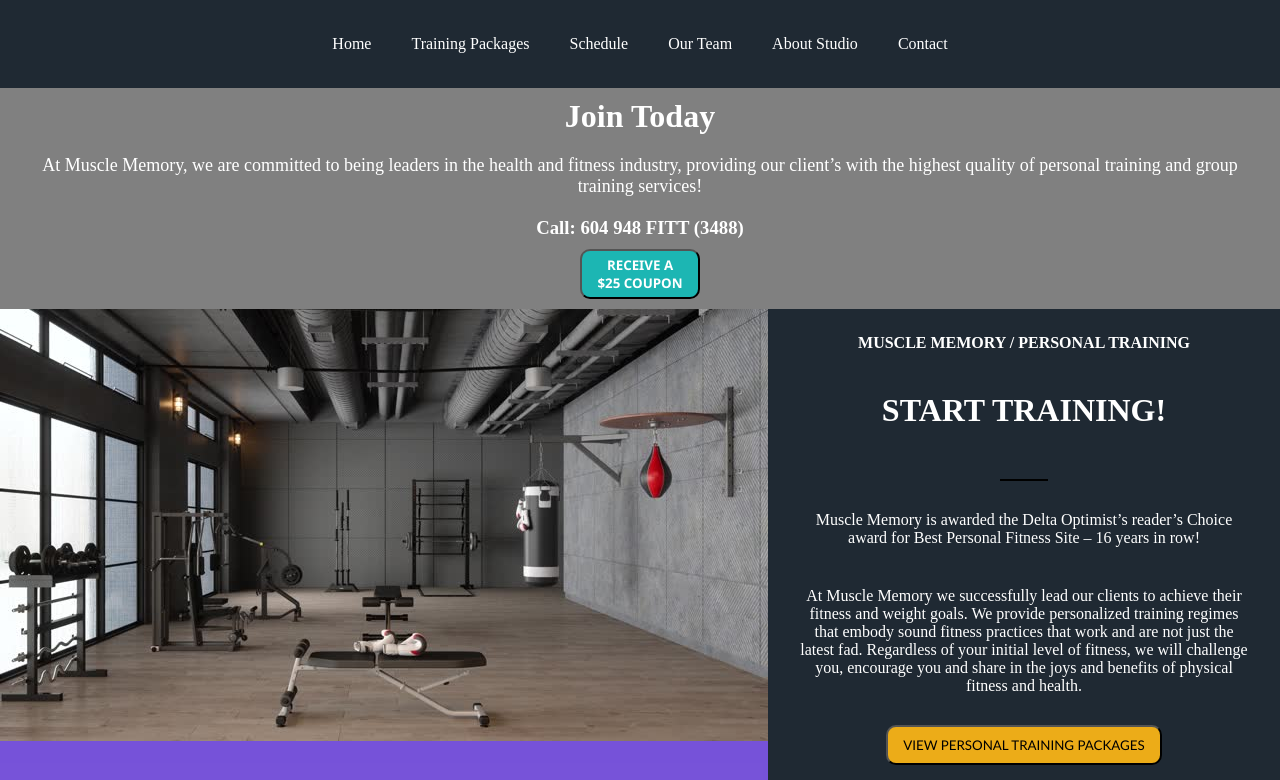
Repository: MujtabaHabib/muscle-memory-website
Page: index.html
The author's editor kept a copy of each file at every save. The page is drawn from the files as they stood at one save, then again after a run of saves.
The browser window is 1280 px wide. The pictures show the whole page.

Above is the page before, as saved 2026-01-27 05:11:26.

### index.html
<!DOCTYPE html>
<html lang="en">

<head>
    <meta charset="UTF-8">
    <meta name="viewport" content="width=device-width, initial-scale=1.0">
    <title>Muscle Memory</title>
    <link rel="stylesheet" href="style.css">
</head>

<body>
    <div class="container">
        <nav>
            <ul class="list">
                <li><a href="#">Home</a></li>
                <li><a href="#">Training Packages</a></li>
                <li><a href="#">Schedule</a></li>
                <li><a href="#">Our Team</a></li>
                <li><a href="#">About Studio</a></li>
                <li><a href="#">Contact</a></li>
            </ul>
        </nav>
        <div class="details">
            <h1>Join Today</h1>
            <p>At Muscle Memory, we are committed to being leaders in the health and fitness industry,
                providing our client’s with the highest quality of personal training and group training
                services!</p>

            <h3>Call: 604 948 FITT (3488)</h3>
            <button>RECEIVE A $25 COUPON</button>
        </div>
        <div class="box">
            <div class="gym">
                <img src="gym.jpg" alt="gym">
            </div>
            <div class="message">
                <h4>MUSCLE MEMORY / PERSONAL TRAINING</h4>
                <h1 >START TRAINING!</h1>
                <hr>
                <p>Muscle Memory is awarded the Delta Optimist’s
                    reader’s Choice award for Best Personal
                    Fitness Site – 16 years in row!</p>
                <p>At Muscle Memory we successfully lead our clients to achieve their fitness and weight goals. We
                    provide personalized training regimes that embody sound fitness practices that work and are not just
                    the latest fad. Regardless of your initial level of fitness, we will challenge you, encourage you
                    and share in the joys and benefits of physical fitness and health.</p>
                <button>VIEW PERSONAL TRAINING PACKAGES</button>
            </div>
        </div>
    </div>

</body>

</html>

### style.css
* {
    margin: 0;
    padding: 0;
}

.list {
    display: flex;
    padding: 15px;
    justify-content: center;
    align-items: center;
    background-color: #1f2933;
}

.list a {
    text-decoration: none;
    color: white;
}

.list li {
    padding: 20px;
    list-style-type: none;
}

.details {
    text-align: center;
    background-color: gray;
    color: white;
}

.details button {
    height: 50px;
    width: 120px;
}

.details h1,
.details h3,
.details p,
.details button {
    padding: 10px 15px 10px;

}

.details p {
    font-size: 18px;
    justify-content: center;
}
.details button{
    padding-top: 5px;
    font-family: 'Segoe UI', Tahoma, Geneva, Verdana, sans-serif;
    margin-bottom: 10px;
    background-color:rgb(28, 182, 179);
    border-radius: 10px;
    color:white;
    font-weight:bold ;
    border-color: black;
}
hr {
    border: none;
    border-top: 2px solid #000000;
    width: 10%;
    margin: 20px auto;
    align-items: flex-start;
}

.box {
    display: flex;
    align-items: space-between;
    color: white;
    background-color: #6b44d6eb;
}

.message {

    padding: 15px;
    justify-content: center;
    text-align: center;
    background-color: #1f2933;

}

.message h1,
.message h4,
.message p {

    padding: 10px 15px 30px;
}

.message button{
    padding: 10px 15px 10px;
    background-color: rgb(236, 172, 24);
    font-family:'Gill Sans', 'Gill Sans MT', Calibri, 'Trebuchet MS', sans-serif;
    border-radius: 10px;
}

After the next 4 saves:
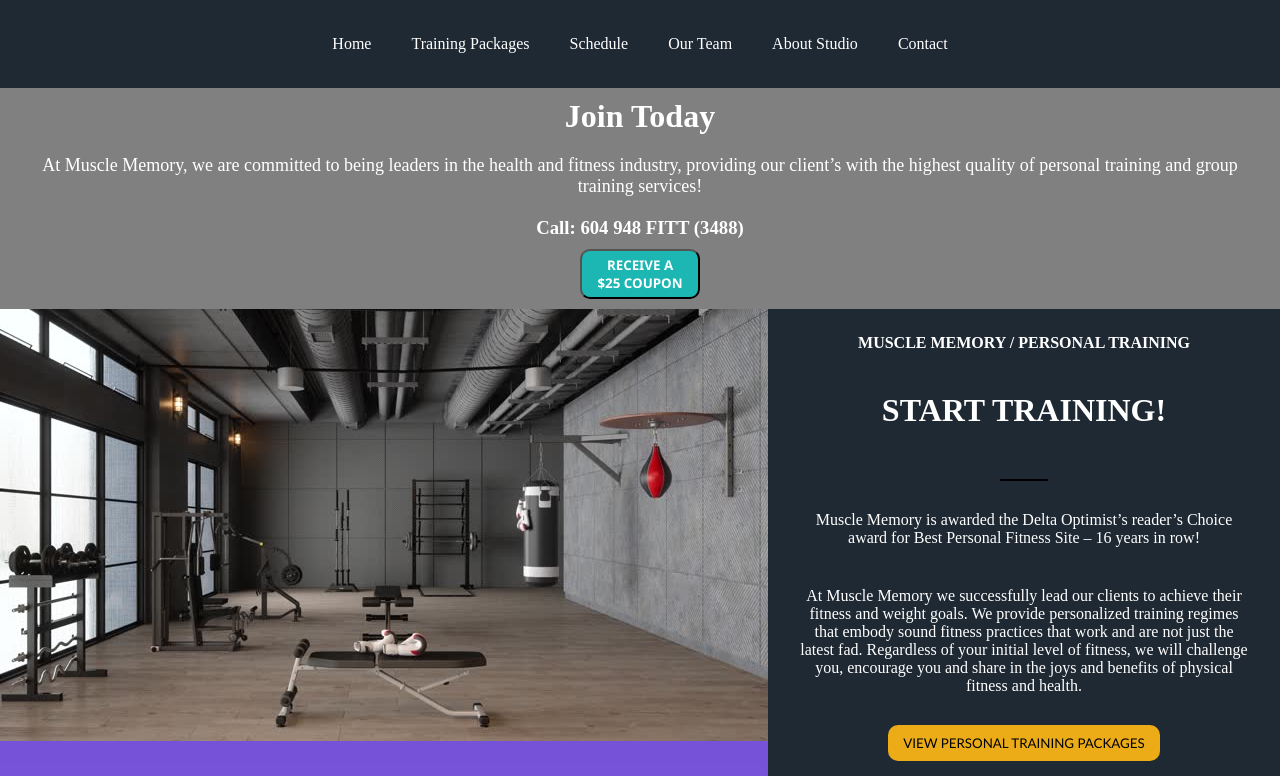
The 4 saves are shown as one change because they came seconds apart.
The last was saved 19 s later.
--- a/style.css
+++ b/style.css
@@ -90,4 +90,5 @@
     background-color: rgb(236, 172, 24);
     font-family:'Gill Sans', 'Gill Sans MT', Calibri, 'Trebuchet MS', sans-serif;
     border-radius: 10px;
+    border: #1f2933;
 }
